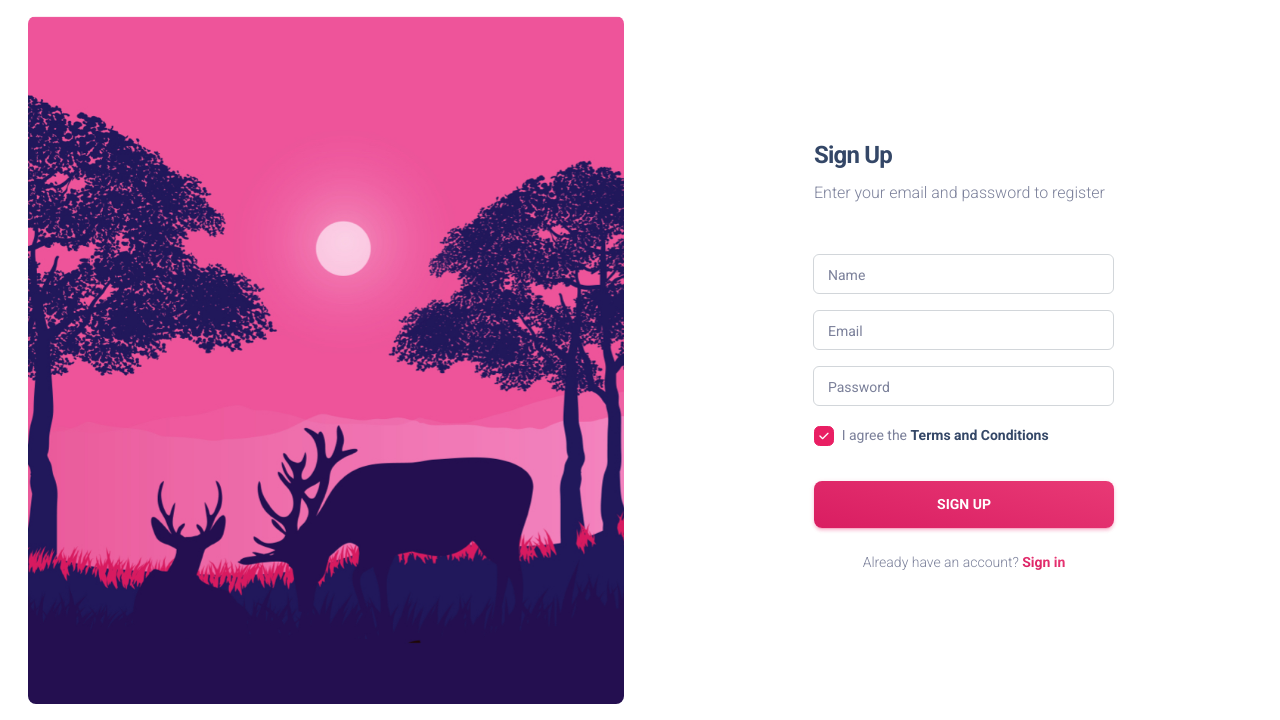
Repository: mohamedaliamri/atlasweb
Page: atlasweb/src/main/webapp/material-dashboard-master/pages/sign-up.html
An editor plug-in stored every save of this project. The page is shown before and after the next save, followed by the edit.
The browser window is 1280 px wide. The pictures show the whole page.
Some web libraries are served in a nearby version.

Above is the page before, as saved 2022-03-10 22:38:37.

After the next save:
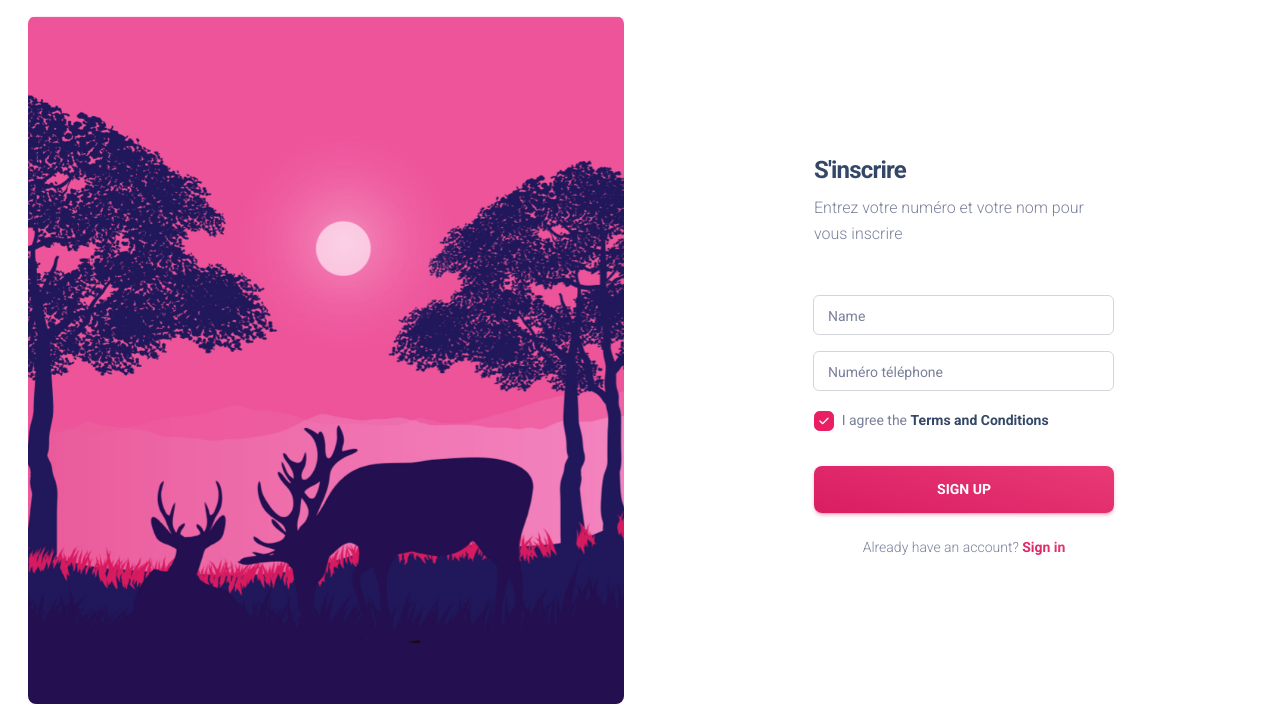
Saved 21 h 28 min later.
--- a/atlasweb/src/main/webapp/material-dashboard-master/pages/sign-up.html
+++ b/atlasweb/src/main/webapp/material-dashboard-master/pages/sign-up.html
@@ -104,8 +104,8 @@
             <div class="col-xl-4 col-lg-5 col-md-7 d-flex flex-column ms-auto me-auto ms-lg-auto me-lg-5">
               <div class="card card-plain">
                 <div class="card-header">
-                  <h4 class="font-weight-bolder">Sign Up</h4>
-                  <p class="mb-0">Enter your email and password to register</p>
+                  <h4 class="font-weight-bolder">S'inscrire</h4>
+                  <p class="mb-0">Entrez votre numéro et votre nom pour vous inscrire</p>
                 </div>
                 <div class="card-body">
                   <form role="form">
@@ -114,12 +114,8 @@
                       <input type="text" class="form-control">
                     </div>
                     <div class="input-group input-group-outline mb-3">
-                      <label class="form-label">Email</label>
-                      <input type="email" class="form-control">
-                    </div>
-                    <div class="input-group input-group-outline mb-3">
-                      <label class="form-label">Password</label>
-                      <input type="password" class="form-control">
+                      <label class="form-label">Numéro téléphone</label>
+                      <input type="text" class="form-control">
                     </div>
                     <div class="form-check form-check-info text-start ps-0">
                       <input class="form-check-input" type="checkbox" value="" id="flexCheckDefault" checked>
